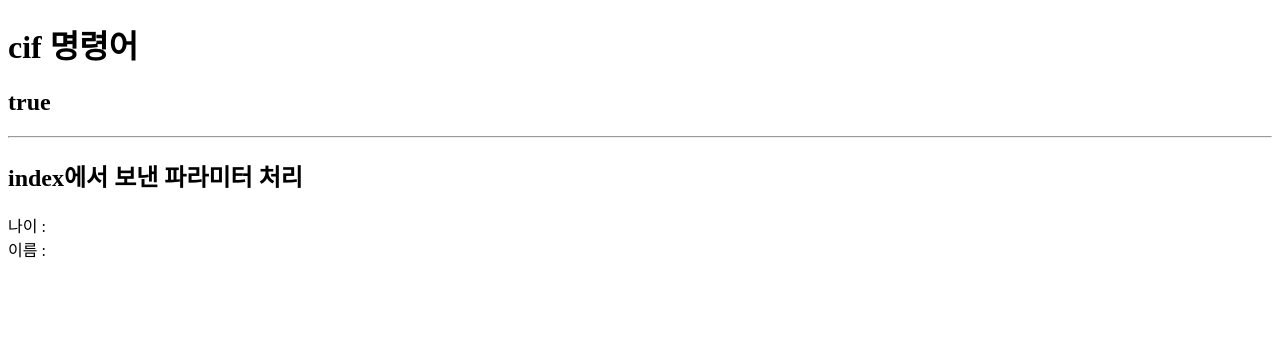
Repository: JaeYong-An/jstl
Page: http://localhost/jstl_study/step-1.jsp
The author's editor kept a copy of each file at every save. The page is drawn from the files as they stood at one save, then again after the next save.
The browser window is 1280 px wide. The pictures show the whole page.
The page is served by Tomcat 9.

Above is the page before, as saved 2023-11-22 04:46:59.

After the next save:
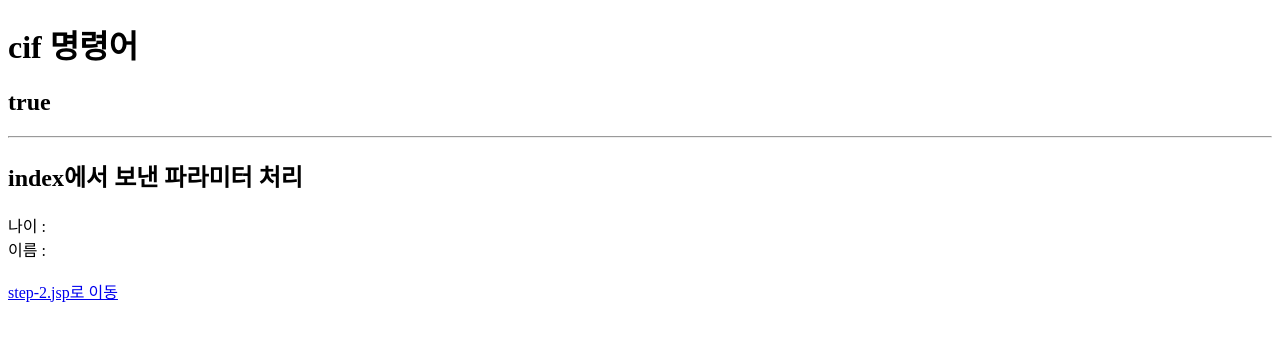
Saved 30 s later.
--- a/jstl_study/src/main/webapp/step-1.jsp
+++ b/jstl_study/src/main/webapp/step-1.jsp
@@ -24,5 +24,10 @@
 	<c:if test="${param.age<15 }">
 		${param.name }은 어린이입니다.
 	</c:if>
+
+	<!-- query String식으로 name=맛있는귤 address=제주  strp-2.jsp로 이동 -->
+	<!-- step-2.jsp 페이지를 생성 후 파라미터를 출력  상품명 : ??? / 원산지 : ???-->
+
+	<a href="step-2.jsp">step-2.jsp로 이동</a>
 </body>
 </html>
